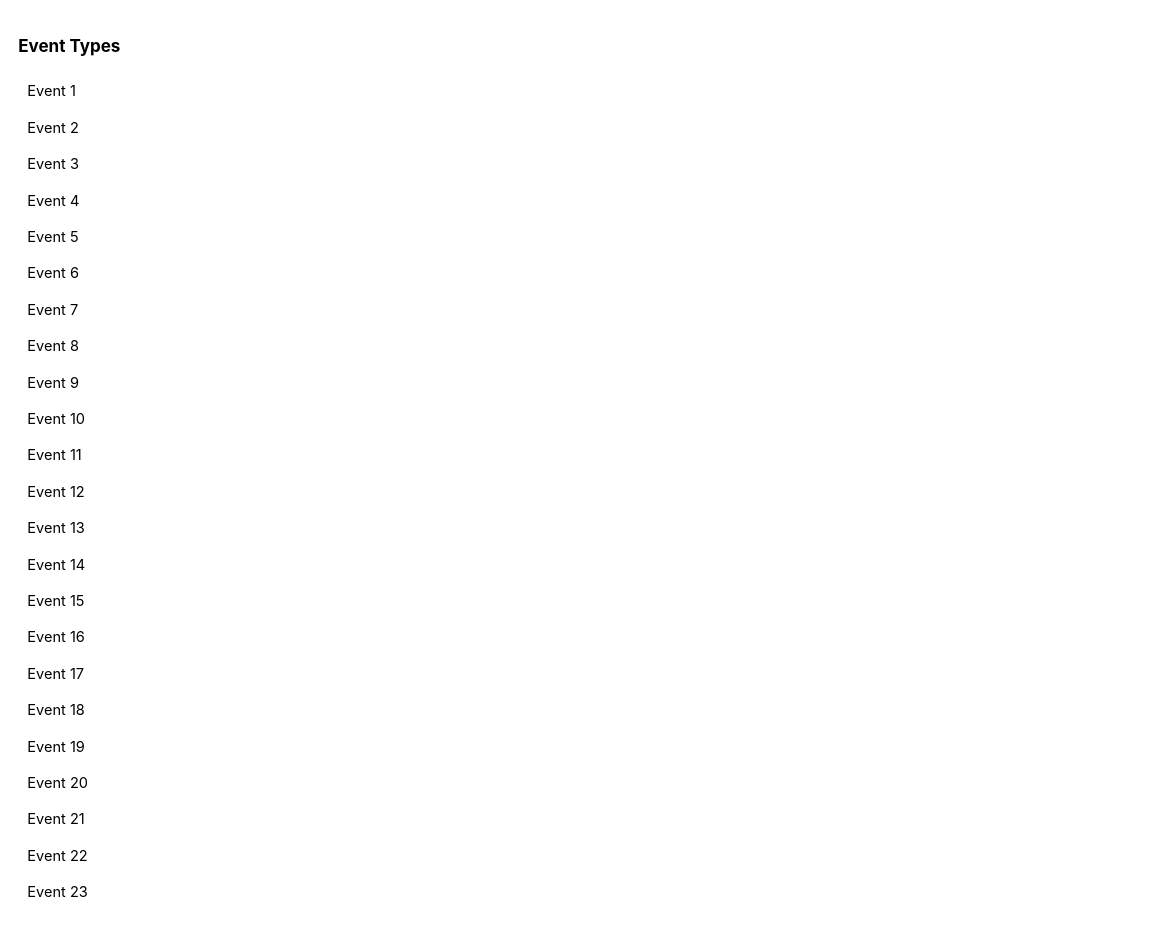
Repository: TauqeerHusain/Assignment
Page: /
An editor plug-in stored every save of this project. The page is shown before and after the next save, followed by the edit.
The browser window is 1280 px wide. The pictures show the whole page, at 91% of full size.
The project was rebuilt for these pictures with package versions that can differ from the ones it lists, and the page was loaded fresh each time.

Above is the page before, as saved 2023-02-06 22:42:03.

### src/App.js
import React, { useState } from "react";

const App = () => {
  const [events, setEvents] = useState([
    {
      name: "Event 1",
      date: "01/01/2023",
      location: "New York",
      description: "Description for event 1",
    },
    {
      name: "Event 2",
      date: "02/01/2023",
      location: "Los Angeles",
      description: "Description for event 2",
    },
    {
      name: "Event 3",
      date: "03/01/2023",
      location: "Chicago",
      description: "Description for event 3",
    },
    {
      name: "Event 4",
      date: "04/01/2023",
      location: "Houston",
      description: "Description for event 4",
    },
    {
      name: "Event 5",
      date: "01/02/2023",
      location: "India",
      description: "Description for event 5",
    },
    {
      name: "Event 6",
      date: "01/08/2023",
      location: "Pakistan",
      description: "Description for event 6",
    },
    {
      name: "Event 7",
      date: "01/01/2023",
      location: "New York",
      description: "Description for event 7",
    },
    {
      name: "Event 8",
      date: "06/01/2023",
      location: "New York",
      description: "Description for event 8",
    },
    {
      name: "Event 9",
      date: "09/01/2023",
      location: "New York",
      description: "Description for event 9",
    },
    {
      name: "Event 10",
      date: "01/01/2023",
      location: "New York",
      description: "Description for event 10",
    },
    {
      name: "Event 11",
      date: "01/01/2023",
      location: "New York",
      description: "Description for event 11",
    },
    {
      name: "Event 12",
      date: "01/01/2023",
      location: "New York",
      description: "Description for event 12",
    },
    {
      name: "Event 13",
      date: "01/01/2023",
      location: "New York",
      description: "Description for event 13",
    },
    {
      name: "Event 14",
      date: "01/01/2023",
      location: "New York",
      description: "Description for event 14",
    },
    {
      name: "Event 15",
      date: "01/01/2023",
      location: "New York",
      description: "Description for event 15",
    },
    {
      name: "Event 16",
      date: "01/01/2023",
      location: "New York",
      description: "Description for event 16",
    },
    {
      name: "Event 17",
      date: "01/01/2023",
      location: "New York",
      description: "Description for event 17",
    },
    {
      name: "Event 18",
      date: "01/01/2023",
      location: "New York",
      description: "Description for event 18",
    },
    {
      name: "Event 19",
      date: "01/01/2023",
      location: "New York",
      description: "Description for event 19",
    },
    {
      name: "Event 20",
      date: "01/01/2023",
      location: "New York",
      description: "Description for event 20",
    },
    {
      name: "Event 21",
      date: "01/01/2023",
      location: "New York",
      description: "Description for event 21",
    },
    {
      name: "Event 22",
      date: "01/01/2023",
      location: "New York",
      description: "Description for event 22",
    },
    {
      name: "Event 23",
      date: "01/01/2023",
      location: "New York",
      description: "Description for event 23",
    },
  ]);

  const [selectedEvent, setSelectedEvent] = useState(null);

  const handleCloseTab = () => {
    setSelectedEvent(null);
  };

  return (
    <>
      <nav>
        <div style={{ marginLeft: 200 }}></div>
      </nav>
      <div style={{ display: "flex" }}>
        <div style={{ width: "20%", padding: "20px" }}>
          <h3>Event Types</h3>
          <ul style={{ listStyleType: "none", padding: 0 }}>
            {events.map((event) => (
              <li
                key={event.name}
                style={{ padding: "10px", cursor: "pointer" }}
                onClick={() => setSelectedEvent(event)}
              >
                {event.name}
              </li>
            ))}
          </ul>
        </div>
        {selectedEvent && (
          <div style={{ width: "80%", padding: "20px" }}>
            <div
              style={{
                display: "flex",
                justifyContent: "space-between",
                alignItems: "center",
              }}
            >
              <h3>{selectedEvent.name}</h3>
              <div
                style={{
                  display: "inline-block",
                  padding: "10px",
                  backgroundColor: "lightgray",
                  borderRadius: "50%",
                  cursor: "pointer",
                }}
                onClick={handleCloseTab}
                onMouseEnter={() => {
                  console.log("Mouse entered");
                }}
                onMouseLeave={() => {
                  console.log("Mouse left");
                }}
              >
                x
              </div>
            </div>
            <p>Date: {selectedEvent.date}</p>
            <p>Location: {selectedEvent.location}</p>
            <p>Description: {selectedEvent.description}</p>
          </div>
        )}
      </div>
    </>
  );
};

export default App;

Loaded but not shown: public/index.html (common file); src/index.js (common file); src/index.css (common file); src/reportWebVitals.js (common file)

After the next save:
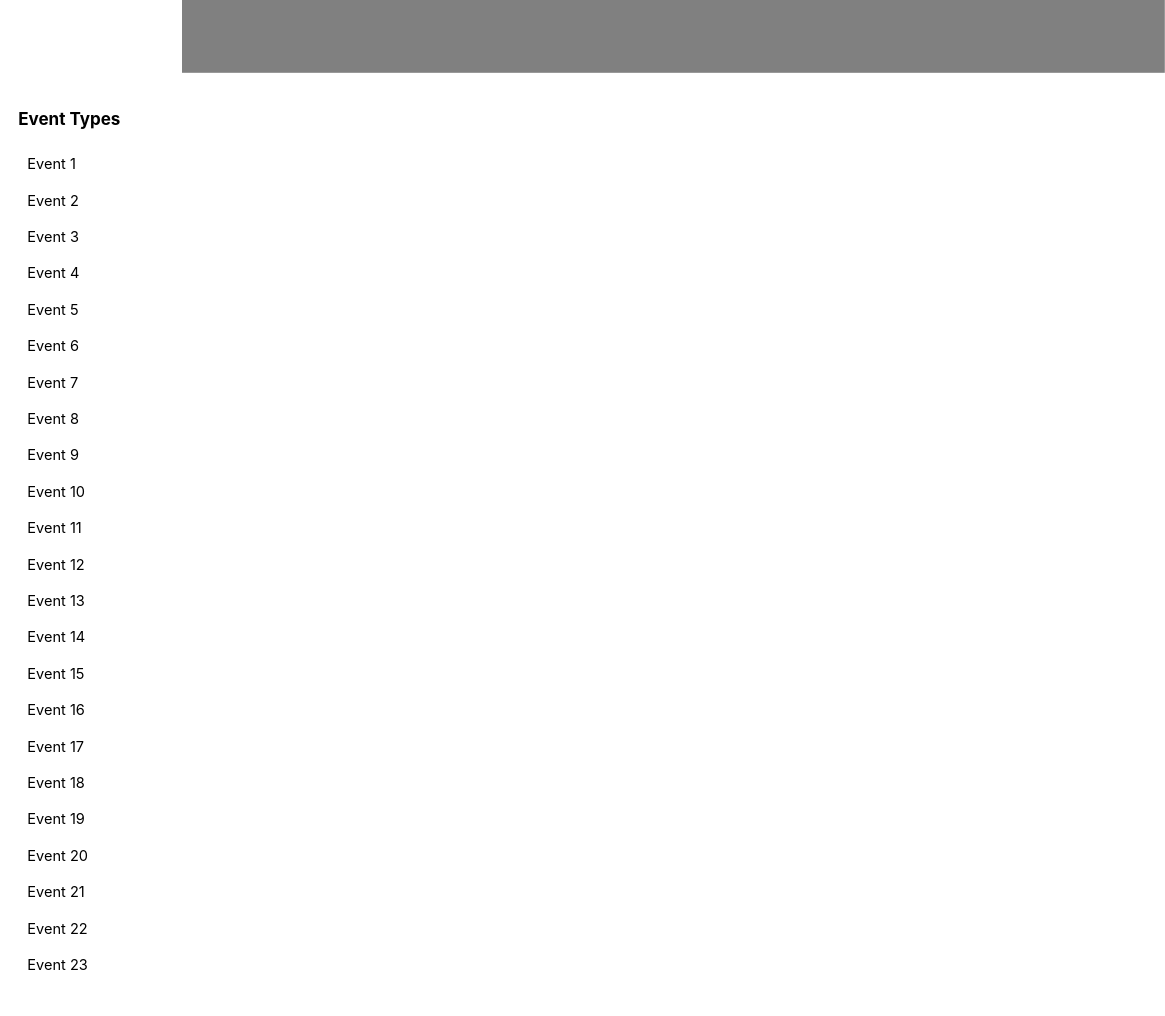
Saved 14 s later.
--- a/src/App.js
+++ b/src/App.js
@@ -151,7 +151,7 @@ const App = () => {
   return (
     <>
       <nav>
-        <div style={{ marginLeft: 200 }}></div>
+        <div style={{ marginLeft: 200, height: 80, background: "gray" }}></div>
       </nav>
       <div style={{ display: "flex" }}>
         <div style={{ width: "20%", padding: "20px" }}>
